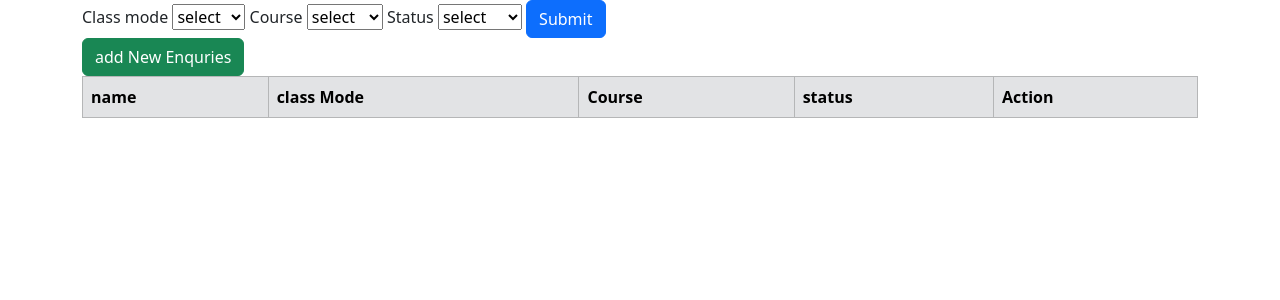
Repository: SaiKumarMupparapu/mini_projects
Page: http://localhost/list
These files come from the project's save history. The page is drawn as it stood at one moment and after the next save; the edit follows.
The browser window is 1280 px wide. The pictures show the whole page.
The page is this project's Thymeleaf template; nobody is signed in. The template is opened directly, without the code that normally fills it, so the values that code supplies are empty.

Above is the page before, as saved 2024-04-02 10:46:06.

### Counsellors_portal/src/main/resources/templates/list.html
<!doctype html>
<html lang="en">

<head>
	<meta charset="utf-8">
	<meta name="viewport" content="width=device-width, initial-scale=1">
	<title>Enquiry List </title>
	<link href="https://cdn.jsdelivr.net/npm/bootstrap@5.3.3/dist/css/bootstrap.min.css" rel="stylesheet"
		integrity="sha384-QWTKZyjpPEjISv5WaRU9OFeRpok6YctnYmDr5pNlyT2bRjXh0JMhjY6hW+ALEwIH" crossorigin="anonymous">
</head>

<body>
	<!-- this div is for filteration -->
	<div class="container">
		<form th:action="@{/filter}" th:object="${enq}" method="post">
			<label for="classMode">Class mode</label>
			<select name="" id="" th:field="*{classMode}">
				<option value="">select</option>
				<option value="Online">Online</option>
				<option value="Offline">Offline</option>
			</select>

			<label for="course">Course</label>
			<select name="" id="" th:field="*{course}">
				<option value="">select</option>
				<option value="Java">Java</option>
				<option value="Python">Python</option>
				<option value="PHP">PHP</option>
			</select>

			<label for="status">Status</label>
			<select name="" id="" th:field="*{status}">
				<option value="">select</option>
				<option value="New">new</option>
				<option value="Enrolled">Enrolled</option>
				<option value="Lost">Lost</option>
			</select>

			<input type="submit" class="btn btn-primary">
		</form>

	</div>
	<!-- this div is to view all enquries -->
	<div class="container">
		<a href="/add" class="btn btn-success">add New Enquries</a>
		<table class="table table-bordered table-secondary table-hover">
			<thead>
				<tr>
					<th>name</th>
					<th>class Mode</th>
					<th>Course</th>
					<th>status</th>
					<th>Action</th>
				</tr>
			</thead>
			<tbody>
				<tr th:each="item:${list}">
					<td th:text="${item.name}"></td>
					<td th:text="${item.classMode}"></td>
					<td th:text="${item.course}"></td>
					<td th:text="${item.status}"></td>
					<td>
						<a href="/edit/{id}" th:href="@{/edit/{id}(id=${item.eId})}" class="btn btn-primary">edit</a>
					</td>
				</tr>
			</tbody>
		</table>
	</div>
	<script src="https://cdn.jsdelivr.net/npm/bootstrap@5.3.3/dist/js/bootstrap.bundle.min.js"
		integrity="sha384-YvpcrYf0tY3lHB60NNkmXc5s9fDVZLESaAA55NDzOxhy9GkcIdslK1eN7N6jIeHz"
		crossorigin="anonymous"></script>
</body>

</html>

After the next save:
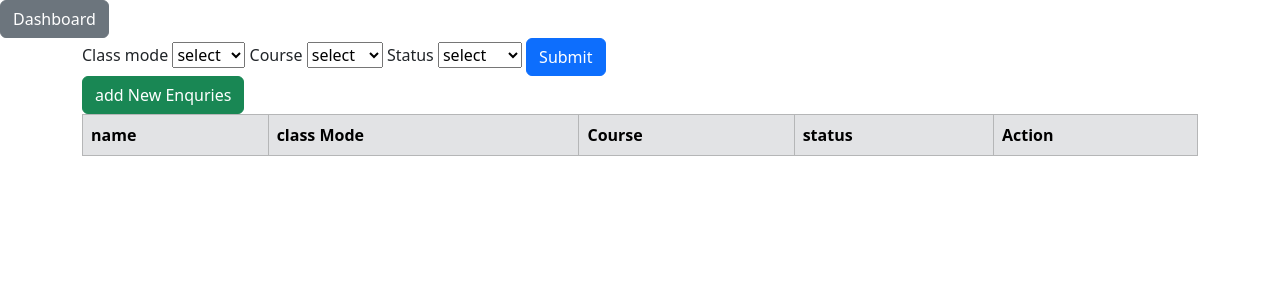
Saved 20 s later.
--- a/Counsellors_portal/src/main/resources/templates/list.html
+++ b/Counsellors_portal/src/main/resources/templates/list.html
@@ -10,6 +10,8 @@
 </head>
 
 <body>
+
+	<a href="/dashboard" class="btn btn-secondary">Dashboard</a>
 	<!-- this div is for filteration -->
 	<div class="container">
 		<form th:action="@{/filter}" th:object="${enq}" method="post">
